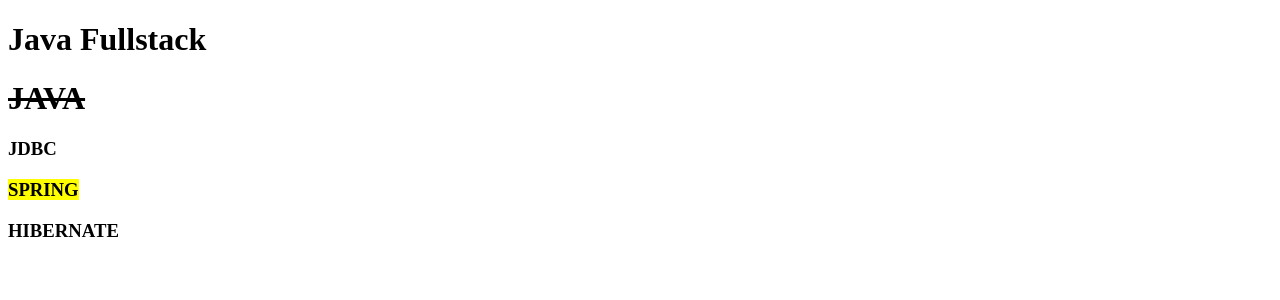
Repository: UshaWorks/WebTech
Page: HTML/task5.html
The author's editor kept a copy of each file at every save. The page is drawn from the files as they stood at one save, then again after the next save.
The browser window is 1280 px wide. The pictures show the whole page.

Above is the page before, as saved 2026-10-12 18:22:38.

After the next save:
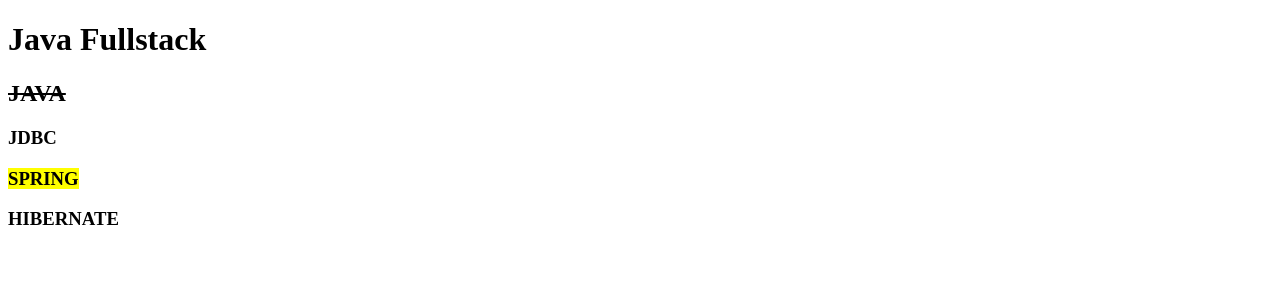
Saved 37 s later.
--- a/HTML/task5.html
+++ b/HTML/task5.html
@@ -7,7 +7,7 @@
 </head>
 <body>
     <b><h1>Java Fullstack</h1></b>
-    <h1><strike>JAVA</strike></h1>
+    <h2><strike>JAVA</strike></h2>
     <H3><b>JDBC</b></H3>
     <h3><b><mark>SPRING</mark></b></h3>
     <H3><B>HIBERNATE</B></H3>
